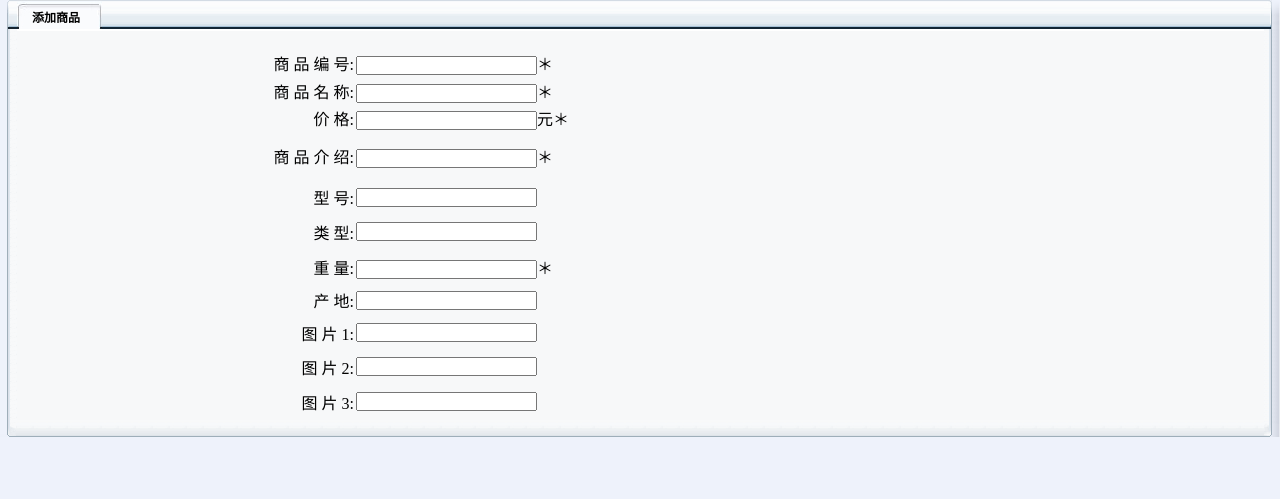
Repository: wzhcxw/shop
Page: ShopOnline/WebContent/admin/addsku.html
These files come from the project's save history. The page is drawn as it stood at one moment and after the next save; the edit follows.
The browser window is 1280 px wide. The pictures show the whole page.

Above is the page before, as saved 2014-09-26 00:35:59.

After the next save:
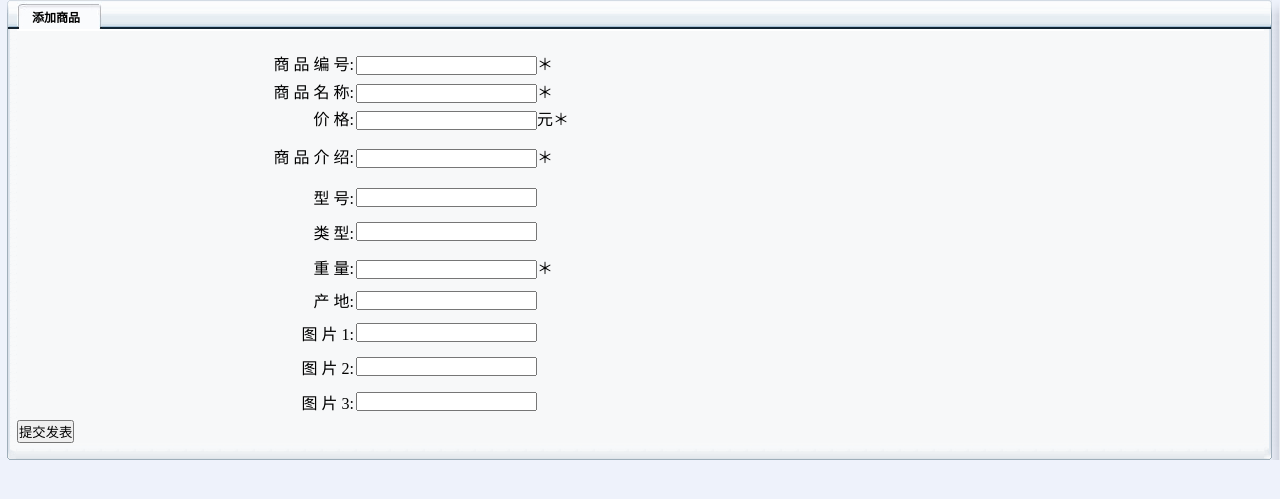
Saved 2 min 8 s later.
--- a/ShopOnline/WebContent/admin/addsku.html
+++ b/ShopOnline/WebContent/admin/addsku.html
@@ -140,7 +140,7 @@ tr{}
     </table>
 
 
-
+<button size="20"  onclick="postss()" id="addbutton">提交发表</button>
 </body>
 
 
